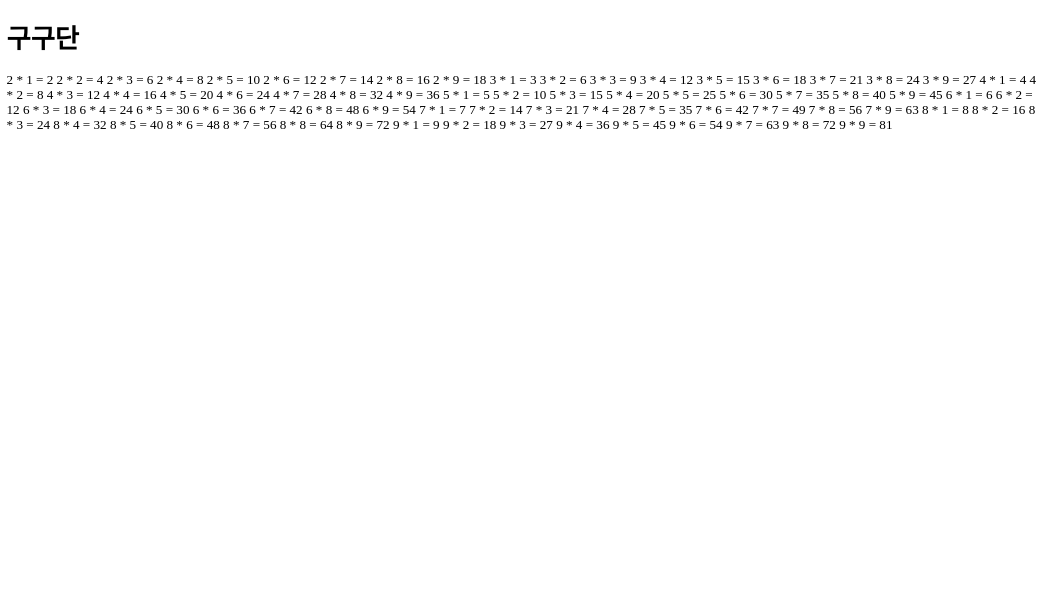
Repository: manchott/JAVAstudy
Page: http://localhost/Back03_JSP/gugu.jsp
These files come from the project's save history. The page is drawn as it stood at one moment and after the next save; the edit follows.
The browser window is 1280 px wide. The pictures show the whole page, at 82% of full size.
The page is served by Tomcat 9. Other server files are loaded and not shown.

Above is the page before, as saved 2022-11-02 01:05:32.

### workspace/Back03_JSP/WebContent/gugu.jsp
<%@ page language="java" contentType="text/html; charset=UTF-8"
    pageEncoding="UTF-8"%>
<!DOCTYPE html>
<html>
<head>
<meta charset="UTF-8">
<title>구구단</title>
</head>
<body>
	<h1>구구단</h1>
	<%
		for(int dan = 2; dan<10; dan++){
			for(int i = 1; i<=9; i++){
				out.print(dan + " * " + i + " = " + (dan*i));
				out.print("\n");
			}
		}

	%>
</body>
</html>

After the next save:
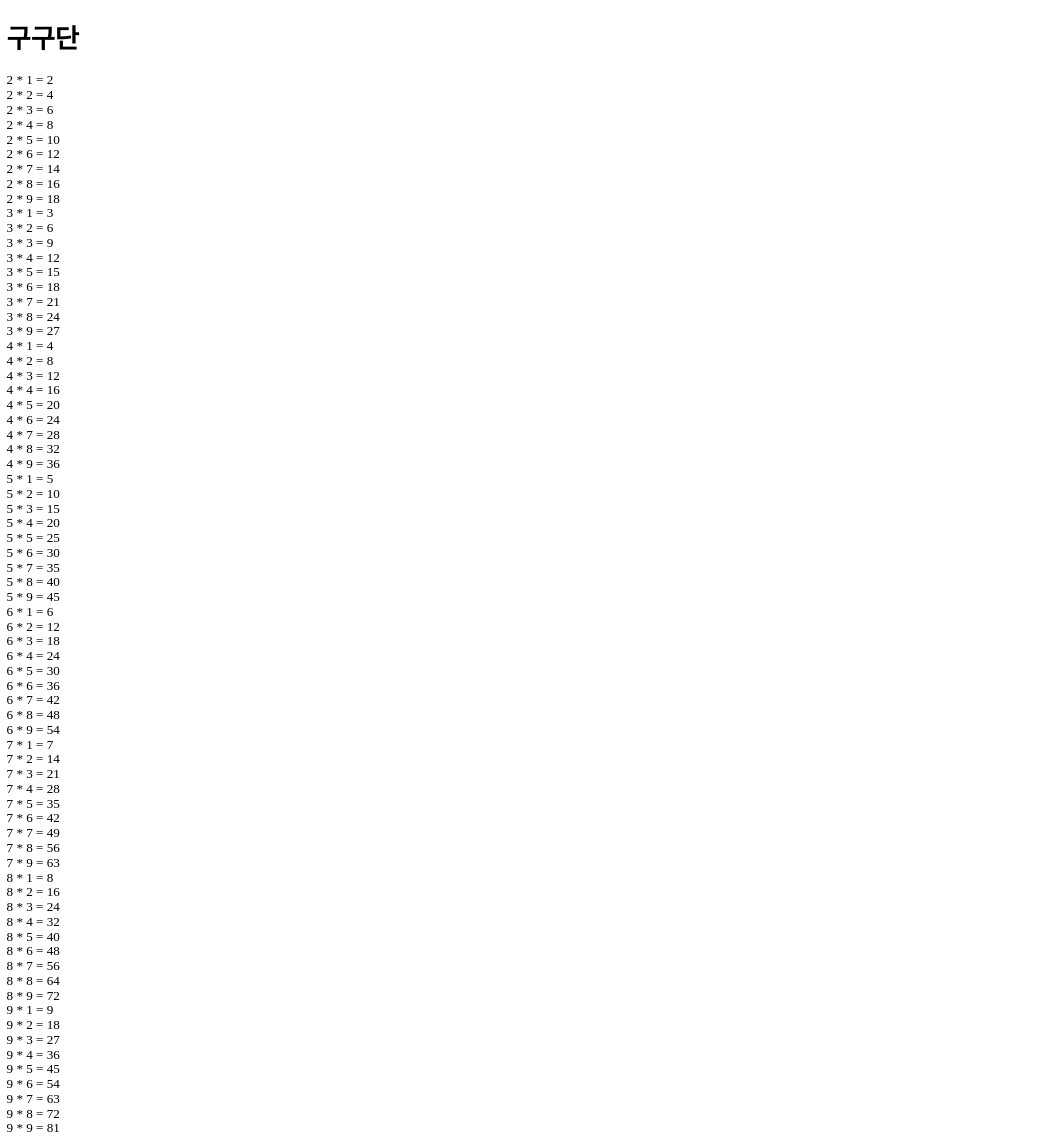
Saved 22 s later.
--- a/workspace/Back03_JSP/WebContent/gugu.jsp
+++ b/workspace/Back03_JSP/WebContent/gugu.jsp
@@ -12,7 +12,7 @@
 		for(int dan = 2; dan<10; dan++){
 			for(int i = 1; i<=9; i++){
 				out.print(dan + " * " + i + " = " + (dan*i));
-				out.print("\n");
+				out.print("<br>");
 			}
 		}
 
